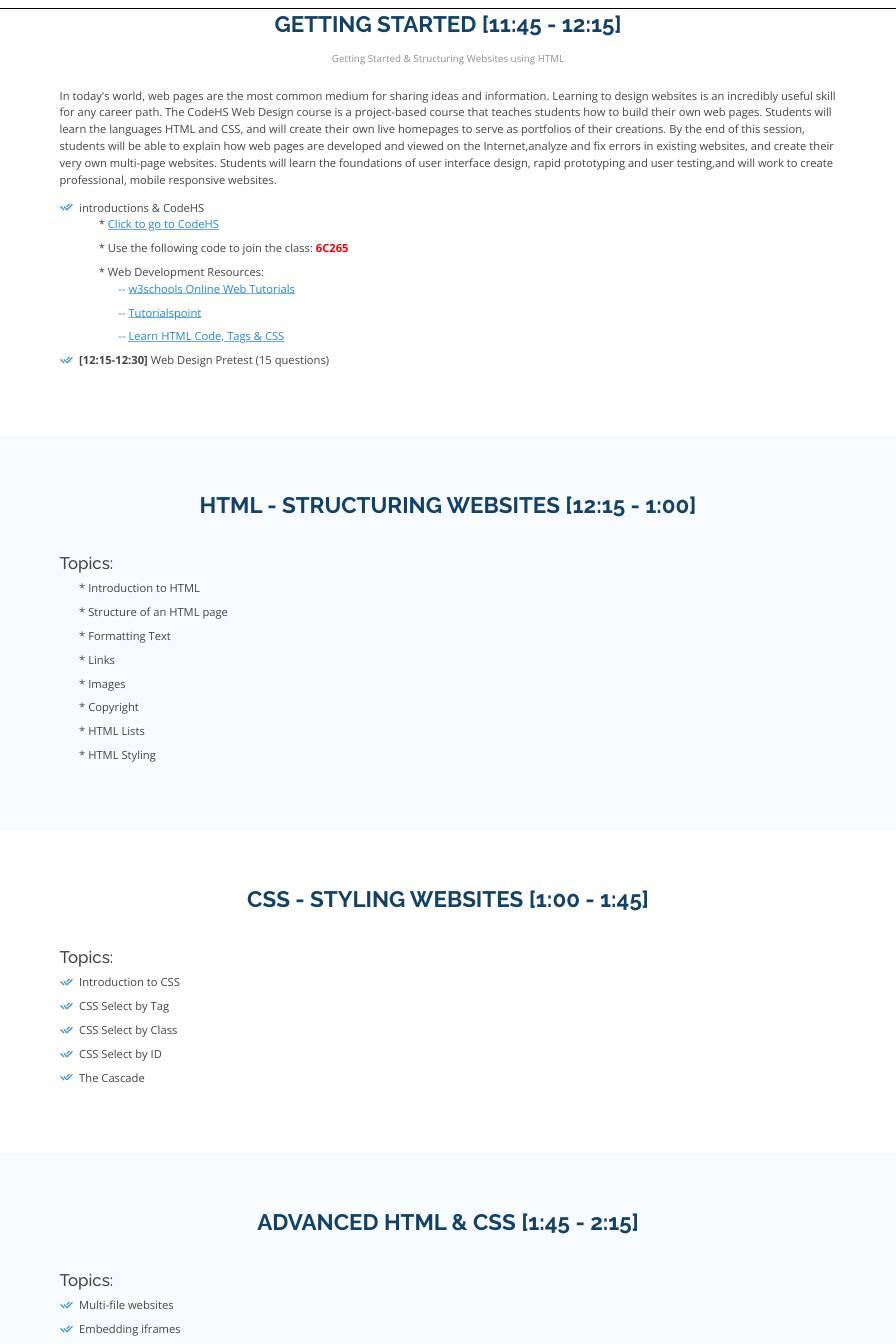
Repository: cchatmon/BMIT-Program
Page: BMIT_OnePage/index.html
The author's editor kept a record of every edit. The page is drawn from the files as they stood at one moment, then again after the next edit.
The browser window is 1280 px wide. The pictures show the part of the page from y = 353 to 2273 px (the page is 3418 px tall), at 70% of full size.
Backgrounds fixed to the window are drawn as part of the page.

Above is the page before.

### BMIT_OnePage/index.html
<!DOCTYPE html>
<html lang="en">

<head>
  <meta charset="utf-8">
  <meta content="width=device-width, initial-scale=1.0" name="viewport">

  <title>FSU BMIT Program</title>
  <meta content="" name="descriptison">
  <meta content="" name="keywords">

  <!-- Favicons -->
  <link href="assets/img/favicon.png" rel="icon">
  <link href="assets/img/apple-touch-icon.png" rel="apple-touch-icon">

  <!-- Google Fonts -->
  <link href="https://fonts.googleapis.com/css?family=Open+Sans:300,300i,400,400i,600,600i,700,700i|Raleway:300,300i,400,400i,500,500i,600,600i,700,700i|Poppins:300,300i,400,400i,500,500i,600,600i,700,700i" rel="stylesheet">

  <!-- Vendor CSS Files -->
  <link href="assets/vendor/bootstrap/css/bootstrap.min.css" rel="stylesheet">
  <link href="assets/vendor/icofont/icofont.min.css" rel="stylesheet">
  <link href="assets/vendor/boxicons/css/boxicons.min.css" rel="stylesheet">
  <link href="assets/vendor/remixicon/remixicon.css" rel="stylesheet">
  <link href="assets/vendor/venobox/venobox.css" rel="stylesheet">
  <link href="assets/vendor/owl.carousel/assets/owl.carousel.min.css" rel="stylesheet">
  <link href="assets/vendor/aos/aos.css" rel="stylesheet">

  <!-- Template Main CSS File -->
  <link href="assets/css/style.css" rel="stylesheet">

  <!-- =======================================================
  * Template Name: OnePage - v2.0.0
  * Template URL: https://bootstrapmade.com/onepage-multipurpose-bootstrap-template/
  * Author: BootstrapMade.com
  * License: https://bootstrapmade.com/license/
  ======================================================== -->
</head>

<body>

  <!-- ======= Header ======= -->
  <header id="header" class="fixed-top">
    <div class="container d-flex align-items-center">

      <h1 class="logo mr-auto"><a href="index.html">FSU BMIT Program</a></h1>
      <!-- Uncomment below if you prefer to use an image logo -->
      <!-- <a href="index.html" class="logo mr-auto"><img src="assets/img/logo.png" alt="" class="img-fluid"></a>-->

      <nav class="nav-menu d-none d-lg-block">
        <ul>
          <li><a href="#getStarted">Getting Started</a></li>
          <li><a href="#htmlStructure">HTML - Structuring Websites</a></li>
          <li><a href="#cssStyling">CSS - Styling Websites</a></li>
          <li><a href="#advanceHTML">Advance HTML & CSS</a></li>
          <li><a href="#userInterface">Designing User Interfaces</a></li>
          <li><a href="#finalProject">Final Project</a></li>
        </ul>
      </nav><!-- .nav-menu -->
    </div>
  </header><!-- End Header -->

  <!-- ======= Hero Section ======= -->
  <section id="hero" class="d-flex align-items-center">
    <div class="container position-relative" data-aos="fade-up" data-aos-delay="100">
      <div class="row justify-content-center">
        <div class="col-xl-7 col-lg-9 text-center">
          <h1>BMIT Web Design Training</h1>
          <h2>Instructor:  Christy Chatmon</h2>
        </div>
      </div>
      </div>
  </section><!-- End Hero -->

  <main id="main">

    <!-- ======= Get Started ======= -->
    <section id="getStarted" class="about">
      <div class="container" data-aos="fade-up">

        <div class="section-title">
          <h2>Getting Started [11:45 - 12:15]</h2>
          <p>Getting Started & Structuring Websites using HTML </p>
        </div>

        <div class="row content">
          <div class="col-lg-12">
            <p>In today's world, web pages are the most common medium for sharing ideas and information.  Learning to design websites is an incredibly useful skill for any career path. The CodeHS Web Design course is a project-based course that teaches students how to build their own web pages. Students will learn the languages HTML and CSS, and will create their own live homepages to serve as portfolios of their creations. By the end of this session, students will be able to explain how web pages are developed and viewed on the Internet,analyze and fix errors in existing websites, and create their very own multi-page websites.  Students will learn the foundations of user interface design, rapid prototyping and user testing,and will work to create professional, mobile responsive websites.
            </p>
            <ul>
              <li><i class="ri-check-double-line"></i>introductions & CodeHS
                  <ul>
                    <li>* <a href="https://codehs.com/go/6C265"><u>Click to go to CodeHS</u></a></li>
                    <li>* Use the following code to join the class:  <b style="color:red;">6C265</b></li>
                    <li>* Web Development Resources:
                          <ul>
                            <li><a href="https://www.w3schools.com/">-- <u>w3schools Online Web Tutorials</u></a></li>
                            <li><a href="https://www.tutorialspoint.com/html/index.htm">-- <u>Tutorialspoint</u></a></li>
                            <li><a href="https://html.com/">-- <u>Learn HTML Code, Tags & CSS</u></a></li>
                          </ul>
                    </li>
                  </ul>
              </li>

              <li><i class="ri-check-double-line"></i><b>[12:15-12:30]</b> Web Design Pretest (15 questions)</li>


            </ul>
          </div>
        </div>
      </div>
    </section>    <!-- =======END Get Started ======= -->


    <!-- ======= HTML Structure ======= -->
    <section id="htmlStructure" class="services section-bg">
      <div class="container" data-aos="fade-up">

        <div class="section-title">
          <h2>HTML - Structuring Websites [12:15 - 1:00]</h2>
        </div>


        <div class="row content">
          <div class="col-lg-12">

            <h4>Topics:</h4>
            <ul>
                  <ul>
                    <li>* Introduction to HTML </li>
                    <li>* Structure of an HTML page </li>
                    <li>* Formatting Text </li>
                    <li>* Links </li>
                    <li>* Images </li>
                    <li>* Copyright </li>
                    <li>* HTML Lists </li>
                    <li>* HTML Styling </li>
                  </ul>
                </li>
            </ul>
          </div>
        </div>
      </div>
    </section>    <!-- ======= END HTML Structure ======= -->

    <!-- ======= CSS Styling ======= -->
    <section id="cssStyling" class="portfolio">
      <div class="container" data-aos="fade-up">

        <div class="section-title">
          <h2>CSS - Styling Websites [1:00 - 1:45]</h2>
        </div>


        <div class="row content">
          <div class="col-lg-12">

           <h4>Topics:</h4>
            <ul>
                  <ul>
                    <li><i class="ri-check-double-line"></i> Introduction to CSS</li>
                    <li><i class="ri-check-double-line"></i> CSS Select by Tag</li>
                    <li><i class="ri-check-double-line"></i> CSS Select by Class</li>
                    <li><i class="ri-check-double-line"></i> CSS Select by ID</li>
                    <li><i class="ri-check-double-line"></i> The Cascade</li>
                  </ul>

            </ul>
          </div>
        </div>
      </div>
    </section>    <!-- ======= END CSS Styling ======= -->

    <!-- ======= Advance HTML & CSS ======= -->
    <section id="advanceHTML" class="team section-bg">
      <div class="container" data-aos="fade-up">

        <div class="section-title">
          <h2>Advanced HTML & CSS [1:45 - 2:15]</h2>
        </div>


        <div class="row content">
          <div class="col-lg-12">

            <h4>Topics:</h4>

            <ul>
            <ul>
                  <ul>
                    <li><i class="ri-check-double-line"></i> Multi-file websites</li>
                    <li><i class="ri-check-double-line"></i> Embedding iframes</li>
                    <li><i class="ri-check-double-line"></i> Divs</li>
                    <li><i class="ri-check-double-line"></i> Spans</li>
                    <li><i class="ri-check-double-line"></i> Combining CSS Selectors</li>
                  </ul>

            </ul>
          </div>
        </div>
      </div>
    </section>    <!-- ======= END Advance HTML & CSS ======= -->

        <!-- ======= Designing User Interfaces ======= -->
    <section id="userInterface" class="about">
      <div class="container" data-aos="fade-up">

        <div class="section-title">
          <h2>Designing User Interfaces (Optional)</h2>
        </div>


        <div class="row content">
          <div class="col-lg-12">

            <h4>Topics:</h4>

            <ul>
                  <ul>
                    <li><i class="ri-check-double-line"></i> Design Thinking</li>
                    <li><i class="ri-check-double-line"></i> Empathy</li>
                    <li><i class="ri-check-double-line"></i> Define</li>
                    <li><i class="ri-check-double-line"></i> Ideate</li>
                    <li><i class="ri-check-double-line"></i> Prototype</li>
                    <li><i class="ri-check-double-line"></i> Test</li>
                  </ul>

            </ul>
          </div>
        </div>
      </div>
    </section><!-- ======= END Designing User Interfaces ======= -->

    <!-- ======= Final Project ======= -->
    <section id="finalProject" class="team section-bg">
      <div class="container" data-aos="fade-up">

        <div class="section-title">
          <h2>Final Project [2:15 - 2:30]</h2>
        </div>


        <div class="row content">
          <div class="col-lg-12">

           <h4>Topics:</h4>

            <ul>
               <li><i class="ri-check-double-line"></i> Web Design Posttest</li>

              <li><i class="ri-check-double-line"></i> Revise & Test Final Projects (Help Session)
                </li>

                <li><i class="ri-check-double-line"></i> Day #4 Review
              </li>

            </ul>
          </div>
        </div>
      </div>
    </section> <!-- ======= END Final Project ======= -->


  </main><!-- End #main -->

  <!-- ======= Footer ======= -->
  <footer id="footer">

    <div class="container d-md-flex py-4">

      <div class="mr-md-auto text-center text-md-left">
        <div class="copyright">
          &copy; Copyright <strong><span>FSU BMIT Program 2022</span></strong>. All Rights Reserved
        </div>

  </footer><!-- End Footer -->

  <a href="#" class="back-to-top"><i class="ri-arrow-up-line"></i></a>
  <div id="preloader"></div>

  <!-- Vendor JS Files -->
  <script src="assets/vendor/jquery/jquery.min.js"></script>
  <script src="assets/vendor/bootstrap/js/bootstrap.bundle.min.js"></script>
  <script src="assets/vendor/jquery.easing/jquery.easing.min.js"></script>
  <script src="assets/vendor/php-email-form/validate.js"></script>
  <script src="assets/vendor/waypoints/jquery.waypoints.min.js"></script>
  <script src="assets/vendor/counterup/counterup.min.js"></script>
  <script src="assets/vendor/venobox/venobox.min.js"></script>
  <script src="assets/vendor/owl.carousel/owl.carousel.min.js"></script>
  <script src="assets/vendor/isotope-layout/isotope.pkgd.min.js"></script>
  <script src="assets/vendor/aos/aos.js"></script>

  <!-- Template Main JS File -->
  <script src="assets/js/main.js"></script>

</body>

</html>

Loaded but not shown: BMIT_OnePage/assets/vendor/bootstrap/css/bootstrap.min.css (library); BMIT_OnePage/assets/vendor/icofont/icofont.min.css (library); BMIT_OnePage/assets/vendor/boxicons/css/boxicons.min.css (library); BMIT_OnePage/assets/vendor/remixicon/remixicon.css (library); BMIT_OnePage/assets/vendor/venobox/venobox.css (library); BMIT_OnePage/assets/vendor/owl.carousel/assets/owl.carousel.min.css (library); BMIT_OnePage/assets/vendor/aos/aos.css (library); BMIT_OnePage/assets/vendor/jquery/jquery.min.js (library); BMIT_OnePage/assets/vendor/bootstrap/js/bootstrap.bundle.min.js (library); BMIT_OnePage/assets/vendor/jquery.easing/jquery.easing.min.js (common file); BMIT_OnePage/assets/vendor/php-email-form/validate.js (library); BMIT_OnePage/assets/vendor/waypoints/jquery.waypoints.min.js (library); BMIT_OnePage/assets/vendor/counterup/counterup.min.js (common file); BMIT_OnePage/assets/vendor/venobox/venobox.min.js (library); BMIT_OnePage/assets/vendor/owl.carousel/owl.carousel.min.js (library); BMIT_OnePage/assets/vendor/isotope-layout/isotope.pkgd.min.js (library); BMIT_OnePage/assets/vendor/aos/aos.js (library); BMIT_OnePage/assets/js/main.js (207 lines, source omitted); BMIT_OnePage/assets/css/style.css (2029 lines, source omitted)

After the next edit:
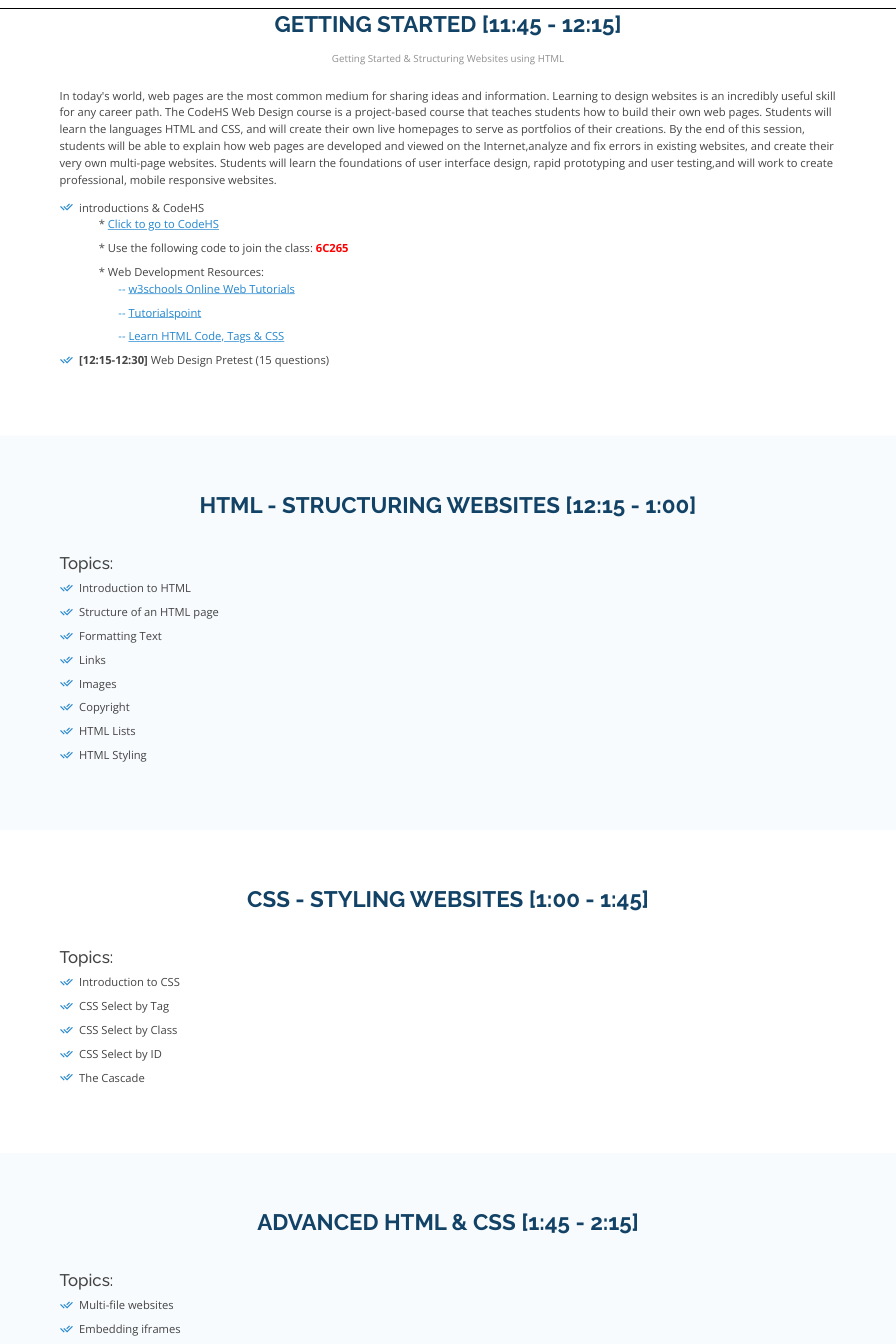
The edit:
--- a/BMIT_OnePage/index.html
+++ b/BMIT_OnePage/index.html
@@ -126,14 +126,14 @@
             <h4>Topics:</h4>
             <ul>
                   <ul>
-                    <li>* Introduction to HTML </li>
-                    <li>* Structure of an HTML page </li>
-                    <li>* Formatting Text </li>
-                    <li>* Links </li>
-                    <li>* Images </li>
-                    <li>* Copyright </li>
-                    <li>* HTML Lists </li>
-                    <li>* HTML Styling </li>
+                    <li><i class="ri-check-double-line"></i> Introduction to HTML </li>
+                    <li><i class="ri-check-double-line"></i> Structure of an HTML page </li>
+                    <li><i class="ri-check-double-line"></i> Formatting Text </li>
+                    <li><i class="ri-check-double-line"></i> Links </li>
+                    <li><i class="ri-check-double-line"></i> Images </li>
+                    <li><i class="ri-check-double-line"></i> Copyright </li>
+                    <li><i class="ri-check-double-line"></i> HTML Lists </li>
+                    <li><i class="ri-check-double-line"></i> HTML Styling </li>
                   </ul>
                 </li>
             </ul>
